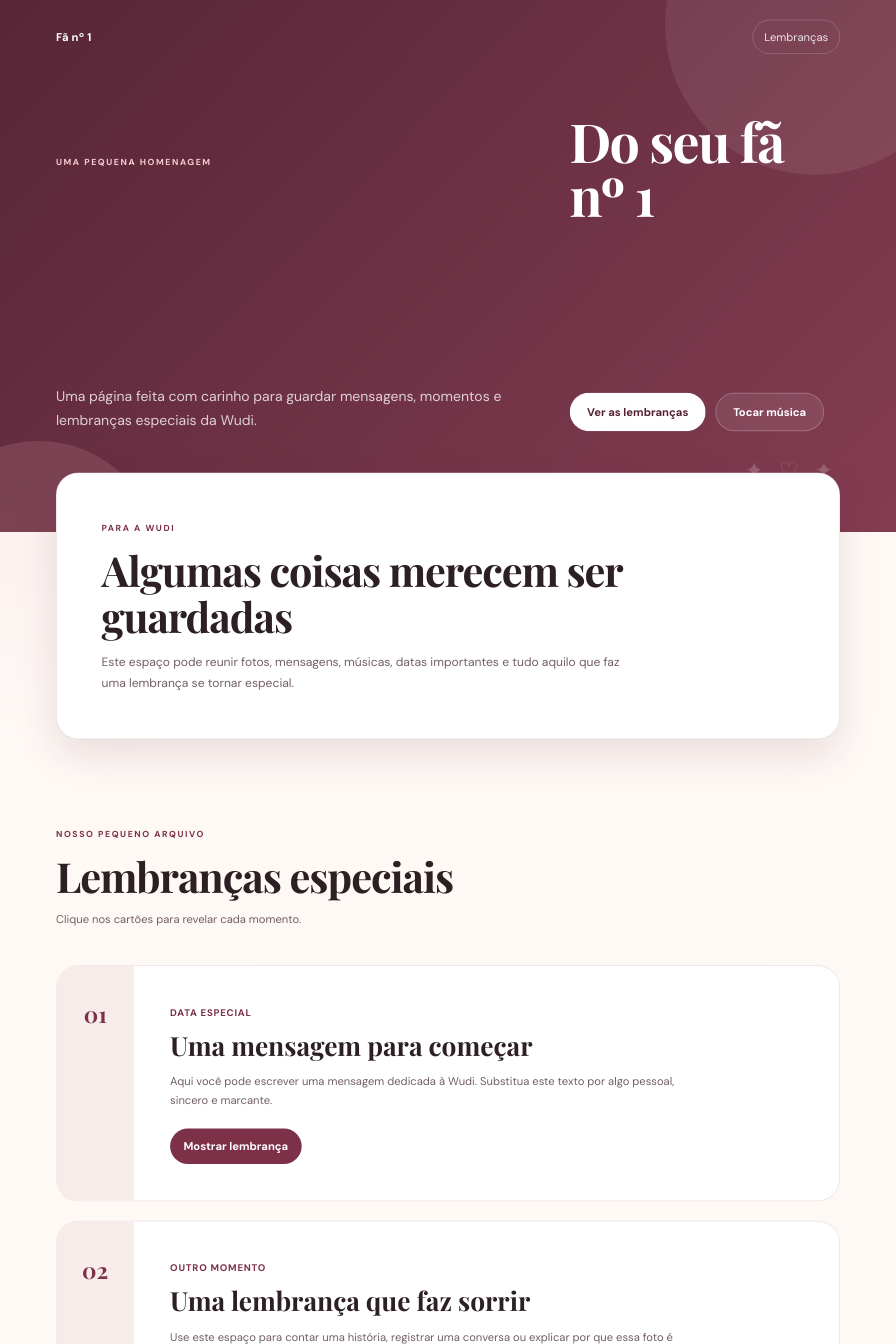
Repository: rrresck/do-seu-fa-numero-1
Page: index.html
The author's editor kept a copy of each file at every save. The page is drawn from the files as they stood at one save, then again after the next save.
The browser window is 1280 px wide. The pictures show the part of the page from y = 0 to 1920 px (the page is 3220 px tall before and 3175 px after), at 70% of full size.

Above is the page before, as saved 2026-07-24 15:25:43.

### index.html
<!DOCTYPE html>
<html lang="pt-BR">
<head>
    <meta charset="UTF-8">
    <meta
        name="viewport"
        content="width=device-width, initial-scale=1.0"
    >

    <meta
        name="description"
        content="Uma página especial feita para a Wudi, pelo seu fã número 1."
    >

    <title>Do seu fã número 1</title>

    <link rel="preconnect" href="https://fonts.googleapis.com">
    <link rel="preconnect" href="https://fonts.gstatic.com" crossorigin>

    <link
        href="https://fonts.googleapis.com/css2?family=DM+Sans:wght@400;500;600;700&family=Playfair+Display:wght@600;700&display=swap"
        rel="stylesheet"
    >

    <link rel="stylesheet" href="css/styles.css">
</head>

<body>
    <header class="hero">
        <nav class="navigation container">
            <a href="#inicio" class="logo">
                Fã nº 1
            </a>

            <a href="#lembrancas" class="navigation-link">
                Lembranças
            </a>
        </nav>

        <div class="hero-content container" id="inicio">
            <span class="eyebrow">Uma pequena homenagem</span>

            <h1>Do seu fã nº 1</h1>

            <p class="hero-description">
                Uma página feita com carinho para guardar mensagens,
                momentos e lembranças especiais da Wudi.
            </p>

            <div class="hero-actions">
                <a href="#lembrancas" class="button button-primary">
                    Ver as lembranças
                </a>

                <button
                    type="button"
                    class="button button-secondary"
                    id="musicButton"
                    aria-pressed="false"
                >
                    Tocar música
                </button>
            </div>
        </div>

        <div class="hero-decoration" aria-hidden="true">
            <span>✦</span>
            <span>♡</span>
            <span>✦</span>
        </div>
    </header>

    <main>
        <section class="intro-section container">
            <div class="intro-card">
                <span class="section-label">Para a Wudi</span>

                <h2>Algumas coisas merecem ser guardadas</h2>

                <p>
                    Este espaço pode reunir fotos, mensagens, músicas,
                    datas importantes e tudo aquilo que faz uma lembrança
                    se tornar especial.
                </p>
            </div>
        </section>

        <section
            class="memories-section container"
            id="lembrancas"
        >
            <div class="section-heading">
                <span class="section-label">Nosso pequeno arquivo</span>
                <h2>Lembranças especiais</h2>
                <p>
                    Clique nos cartões para revelar cada momento.
                </p>
            </div>

            <div class="memories-grid">
                <article class="memory-card">
                    <div class="memory-number">01</div>

                    <div class="memory-content">
                        <time datetime="2026-01-01">
                            Data especial
                        </time>

                        <h3>Uma mensagem para começar</h3>

                        <p>
                            Aqui você pode escrever uma mensagem dedicada
                            à Wudi. Substitua este texto por algo pessoal,
                            sincero e marcante.
                        </p>

                        <button
                            type="button"
                            class="reveal-button"
                            data-target="memoryImage1"
                        >
                            Mostrar lembrança
                        </button>

                        <div
                            class="memory-image-wrapper"
                            id="memoryImage1"
                            hidden
                        >
                            <img
                                src="img/foto-1.jpg"
                                alt="Primeira lembrança dedicada à Wudi"
                            >
                        </div>
                    </div>
                </article>

                <article class="memory-card">
                    <div class="memory-number">02</div>

                    <div class="memory-content">
                        <time datetime="2026-01-02">
                            Outro momento
                        </time>

                        <h3>Uma lembrança que faz sorrir</h3>

                        <p>
                            Use este espaço para contar uma história,
                            registrar uma conversa ou explicar por que
                            essa foto é importante.
                        </p>

                        <button
                            type="button"
                            class="reveal-button"
                            data-target="memoryImage2"
                        >
                            Mostrar lembrança
                        </button>

                        <div
                            class="memory-image-wrapper"
                            id="memoryImage2"
                            hidden
                        >
                            <img
                                src="img/foto-2.jpg"
                                alt="Segunda lembrança dedicada à Wudi"
                            >
                        </div>
                    </div>
                </article>

                <article class="memory-card">
                    <div class="memory-number">03</div>

                    <div class="memory-content">
                        <time datetime="2026-01-03">
                            Um dia inesquecível
                        </time>

                        <h3>Para lembrar sempre</h3>

                        <p>
                            Você pode adicionar quantos cartões desejar.
                            Basta copiar este bloco e alterar o texto,
                            a data e o endereço da imagem.
                        </p>

                        <button
                            type="button"
                            class="reveal-button"
                            data-target="memoryImage3"
                        >
                            Mostrar lembrança
                        </button>

                        <div
                            class="memory-image-wrapper"
                            id="memoryImage3"
                            hidden
                        >
                            <img
                                src="img/foto-3.jpg"
                                alt="Terceira lembrança dedicada à Wudi"
                            >
                        </div>
                    </div>
                </article>
            </div>
        </section>

        <section class="closing-section">
            <div class="container">
                <div class="closing-card">
                    <span class="closing-symbol" aria-hidden="true">
                        ♡
                    </span>

                    <h2>Feito para a Wudi</h2>

                    <p>
                        Porque algumas pessoas merecem páginas inteiras,
                        não apenas mensagens rápidas.
                    </p>

                    <span class="signature">
                        — Do seu fã número 1
                    </span>
                </div>
            </div>
        </section>
    </main>

    <footer>
        <div class="container footer-content">
            <p>
                Feito com carinho para a Wudi.
            </p>

            <a href="#inicio">
                Voltar ao início
            </a>
        </div>
    </footer>

    <audio id="backgroundMusic" loop>
        <source src="audio/musica.mp3" type="audio/mpeg">
    </audio>

    <script src="script.js"></script>
</body>
</html>

### css/styles.css
:root {
    --background: #fff9f6;
    --surface: #ffffff;
    --surface-soft: #f8ecea;
    --primary: #7c3148;
    --primary-dark: #542233;
    --accent: #d99aa4;
    --text: #2d2024;
    --text-soft: #735f65;
    --border: rgba(124, 49, 72, 0.14);
    --shadow: 0 24px 60px rgba(84, 34, 51, 0.12);
    --radius-large: 32px;
    --radius-medium: 20px;
    --radius-small: 12px;
    --container: 1120px;
}

* {
    box-sizing: border-box;
    margin: 0;
    padding: 0;
}

html {
    scroll-behavior: smooth;
}

body {
    min-height: 100vh;
    overflow-x: hidden;
    background:
        radial-gradient(
            circle at top left,
            rgba(217, 154, 164, 0.22),
            transparent 32%
        ),
        var(--background);
    color: var(--text);
    font-family: "DM Sans", sans-serif;
    line-height: 1.7;
}

img {
    display: block;
    width: 100%;
    height: auto;
}

button,
a {
    font: inherit;
}

button {
    cursor: pointer;
}

a {
    color: inherit;
    text-decoration: none;
}

.container {
    width: min(calc(100% - 40px), var(--container));
    margin-inline: auto;
}

.hero {
    position: relative;
    min-height: 760px;
    overflow: hidden;
    background:
        linear-gradient(
            135deg,
            rgba(84, 34, 51, 0.98),
            rgba(124, 49, 72, 0.94)
        );
    color: #ffffff;
}

.hero::before,
.hero::after {
    position: absolute;
    border-radius: 50%;
    content: "";
    pointer-events: none;
}

.hero::before {
    width: 430px;
    height: 430px;
    top: -180px;
    right: -100px;
    background: rgba(255, 255, 255, 0.08);
}

.hero::after {
    width: 350px;
    height: 350px;
    bottom: -220px;
    left: -120px;
    background: rgba(217, 154, 164, 0.18);
}

.navigation {
    position: relative;
    z-index: 2;
    display: flex;
    align-items: center;
    justify-content: space-between;
    padding-block: 28px;
}

.logo {
    font-weight: 700;
    letter-spacing: 0.02em;
}

.navigation-link {
    padding: 10px 16px;
    border: 1px solid rgba(255, 255, 255, 0.25);
    border-radius: 999px;
    color: rgba(255, 255, 255, 0.86);
    transition:
        background-color 180ms ease,
        color 180ms ease;
}

.navigation-link:hover {
    background: #ffffff;
    color: var(--primary-dark);
}

.hero-content {
    position: relative;
    z-index: 2;
    display: grid;
    min-height: 570px;
    grid-template-columns: minmax(0, 1.25fr) minmax(280px, 0.75fr);
    align-items: center;
    gap: clamp(40px, 7vw, 100px);
    max-width: var(--container);
}

.eyebrow,
.section-label {
    display: inline-block;
    margin-bottom: 16px;
    font-size: 0.78rem;
    font-weight: 700;
    letter-spacing: 0.18em;
    text-transform: uppercase;
}

.eyebrow {
    color: #f6ccd3;
}

.hero-copy {
    min-width: 0;
}

.hero h1 {
    max-width: 900px;
    font-family: "Playfair Display", serif;
    font-size: clamp(3rem, 6vw, 5.8rem);
    line-height: 1;
    letter-spacing: -0.03em;
}

.hero-photo {
    position: relative;
    margin: 0;
    padding: 14px;
    border-radius: 30px;
    background: rgba(255, 255, 255, 0.12);
    transform: rotate(2deg);
}

.hero-photo::before {
    position: absolute;
    inset: -25px;
    z-index: -1;
    border-radius: 40px;
    background: rgba(217, 154, 164, 0.18);
    filter: blur(28px);
    content: "";
}

.hero-photo img {
    aspect-ratio: 4 / 5;
    border-radius: 22px;
    object-fit: cover;
}

.hero-photo figcaption {
    padding: 14px 8px 4px;
    color: rgba(255, 255, 255, 0.72);
    font-family: "Playfair Display", serif;
    font-size: 0.95rem;
    text-align: center;
}

.hero-description {
    max-width: 650px;
    margin-top: 28px;
    color: rgba(255, 255, 255, 0.78);
    font-size: clamp(1rem, 2vw, 1.25rem);
}

.hero-actions {
    display: flex;
    flex-wrap: wrap;
    gap: 14px;
    margin-top: 38px;
}

.button {
    display: inline-flex;
    min-height: 52px;
    align-items: center;
    justify-content: center;
    padding: 13px 24px;
    border: 1px solid transparent;
    border-radius: 999px;
    font-weight: 700;
    transition:
        transform 180ms ease,
        background-color 180ms ease,
        border-color 180ms ease;
}

.button:hover {
    transform: translateY(-2px);
}

.button-primary {
    background: #ffffff;
    color: var(--primary-dark);
}

.button-secondary {
    border-color: rgba(255, 255, 255, 0.3);
    background: rgba(255, 255, 255, 0.08);
    color: #ffffff;
}

.button-secondary:hover {
    background: rgba(255, 255, 255, 0.15);
}

.hero-decoration {
    position: absolute;
    right: 7%;
    bottom: 8%;
    z-index: 1;
    display: flex;
    gap: 22px;
    color: rgba(255, 255, 255, 0.2);
    font-size: 2rem;
}

.intro-section {
    position: relative;
    z-index: 3;
    margin-top: -85px;
}

.intro-card {
    padding: clamp(32px, 6vw, 64px);
    border: 1px solid var(--border);
    border-radius: var(--radius-large);
    background: var(--surface);
    box-shadow: var(--shadow);
}

.section-label {
    color: var(--primary);
}

.intro-card h2,
.section-heading h2,
.closing-card h2 {
    font-family: "Playfair Display", serif;
    font-size: clamp(2rem, 5vw, 3.7rem);
    line-height: 1.1;
    letter-spacing: -0.025em;
}

.intro-card p {
    max-width: 760px;
    margin-top: 20px;
    color: var(--text-soft);
    font-size: 1.08rem;
}

.memories-section {
    padding-block: 120px;
}

.section-heading {
    max-width: 700px;
    margin-bottom: 52px;
}

.section-heading p {
    margin-top: 16px;
    color: var(--text-soft);
}

.memories-grid {
    display: grid;
    gap: 28px;
}

.memory-card {
    display: grid;
    grid-template-columns: 110px 1fr;
    overflow: hidden;
    border: 1px solid var(--border);
    border-radius: var(--radius-large);
    background: var(--surface);
    transition:
        transform 200ms ease,
        box-shadow 200ms ease;
}

.memory-card:hover {
    transform: translateY(-4px);
    box-shadow: var(--shadow);
}

.memory-number {
    display: flex;
    align-items: flex-start;
    justify-content: center;
    padding-top: 42px;
    background: var(--surface-soft);
    color: var(--primary);
    font-family: "Playfair Display", serif;
    font-size: 2rem;
    font-weight: 700;
}

.memory-content {
    padding: clamp(28px, 6vw, 52px);
}

.memory-content time {
    display: inline-block;
    margin-bottom: 12px;
    color: var(--primary);
    font-size: 0.86rem;
    font-weight: 700;
    letter-spacing: 0.08em;
    text-transform: uppercase;
}

.memory-content h3 {
    font-family: "Playfair Display", serif;
    font-size: clamp(1.6rem, 4vw, 2.35rem);
    line-height: 1.2;
}

.memory-content p {
    max-width: 760px;
    margin-top: 16px;
    color: var(--text-soft);
}

.reveal-button {
    margin-top: 26px;
    padding: 12px 19px;
    border: 0;
    border-radius: 999px;
    background: var(--primary);
    color: #ffffff;
    font-weight: 700;
    transition:
        background-color 180ms ease,
        transform 180ms ease;
}

.reveal-button:hover {
    transform: translateY(-2px);
    background: var(--primary-dark);
}

.memory-image-wrapper {
    margin-top: 28px;
    overflow: hidden;
    border-radius: var(--radius-medium);
    background: var(--surface-soft);
    animation: revealImage 350ms ease;
}

.memory-image-wrapper img {
    max-height: 680px;
    object-fit: cover;
}

.closing-section {
    padding-bottom: 120px;
}

.closing-card {
    padding: clamp(42px, 8vw, 82px);
    border-radius: var(--radius-large);
    background: var(--primary-dark);
    color: #ffffff;
    text-align: center;
}

.closing-symbol {
    display: block;
    margin-bottom: 20px;
    color: #f4bdc7;
    font-size: 2.4rem;
}

.closing-card p {
    max-width: 620px;
    margin: 20px auto 0;
    color: rgba(255, 255, 255, 0.75);
}

.signature {
    display: block;
    margin-top: 28px;
    color: #f4bdc7;
    font-family: "Playfair Display", serif;
    font-size: 1.15rem;
}

footer {
    border-top: 1px solid var(--border);
    background: var(--surface);
}

.footer-content {
    display: flex;
    align-items: center;
    justify-content: space-between;
    gap: 20px;
    padding-block: 30px;
    color: var(--text-soft);
    font-size: 0.92rem;
}

.footer-content a {
    color: var(--primary);
    font-weight: 700;
}

@keyframes revealImage {
    from {
        opacity: 0;
        transform: translateY(12px);
    }

    to {
        opacity: 1;
        transform: translateY(0);
    }
}

@media (max-width: 720px) {
    .hero {
        min-height: 680px;
    }

    .hero-content {
        min-height: 500px;
    }

    .hero-decoration {
        display: none;
    }

    .intro-section {
        margin-top: -55px;
    }

    .memories-section {
        padding-block: 85px;
    }

    .memory-card {
        grid-template-columns: 1fr;
    }

    .memory-number {
        justify-content: flex-start;
        padding: 22px 28px;
    }

    .footer-content {
        flex-direction: column;
        align-items: flex-start;
    }

    .hero-content {
        grid-template-columns: 1fr;
        gap: 40px;
        padding-block: 70px 120px;
    }

    .hero-photo {
        width: min(100%, 420px);
        margin-inline: auto;
        transform: rotate(1deg);
    }
}

@media (max-width: 480px) {
    .container {
        width: min(calc(100% - 28px), var(--container));
    }

    .navigation {
        padding-block: 20px;
    }

    .navigation-link {
        display: none;
    }

    .hero-actions {
        width: 100%;
        flex-direction: column;
    }

    .button {
        width: 100%;
    }

    .intro-card,
    .closing-card {
        border-radius: 24px;
    }

    .memory-card {
        border-radius: 24px;
    }
}

### script.js
"use strict";

const revealButtons = document.querySelectorAll(".reveal-button");
const musicButton = document.querySelector("#musicButton");
const backgroundMusic = document.querySelector("#backgroundMusic");

revealButtons.forEach((button) => {
    button.addEventListener("click", () => {
        const targetId = button.dataset.target;
        const imageWrapper = document.getElementById(targetId);

        if (!imageWrapper) {
            return;
        }

        const isHidden = imageWrapper.hidden;

        imageWrapper.hidden = !isHidden;
        button.textContent = isHidden
            ? "Esconder lembrança"
            : "Mostrar lembrança";

        button.setAttribute(
            "aria-expanded",
            String(isHidden)
        );
    });
});

musicButton.addEventListener("click", async () => {
    try {
        if (backgroundMusic.paused) {
            await backgroundMusic.play();

            musicButton.textContent = "Pausar música";
            musicButton.setAttribute("aria-pressed", "true");
        } else {
            backgroundMusic.pause();

            musicButton.textContent = "Tocar música";
            musicButton.setAttribute("aria-pressed", "false");
        }
    } catch (error) {
        musicButton.textContent = "Não foi possível tocar";

        console.error(
            "Erro ao reproduzir a música:",
            error
        );
    }
});

After the next save:
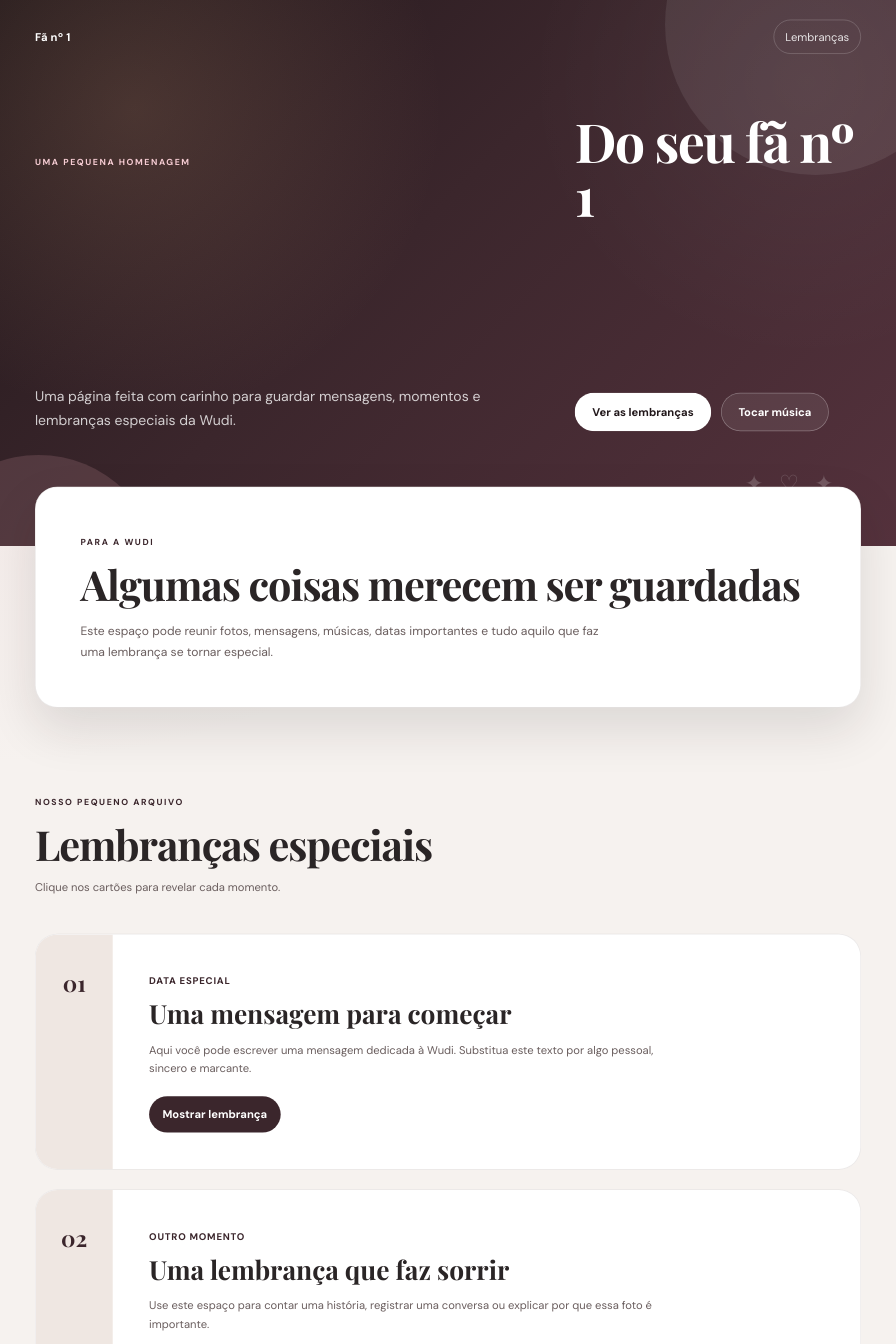
Saved 9 min 14 s later.
--- a/css/styles.css
+++ b/css/styles.css
@@ -1,18 +1,26 @@
-:root {
-    --background: #fff9f6;
-    --surface: #ffffff;
-    --surface-soft: #f8ecea;
-    --primary: #7c3148;
-    --primary-dark: #542233;
-    --accent: #d99aa4;
-    --text: #2d2024;
-    --text-soft: #735f65;
-    --border: rgba(124, 49, 72, 0.14);
-    --shadow: 0 24px 60px rgba(84, 34, 51, 0.12);
-    --radius-large: 32px;
-    --radius-medium: 20px;
-    --radius-small: 12px;
-    --container: 1120px;
+:root{
+    --background:#F6F2EF;
+    --surface:#FFFFFF;
+    --surface-soft:#EFE7E2;
+
+    --primary:#3B262C;
+    --primary-dark:#22181B;
+
+    --accent:#B78969;
+
+    --text:#2A2526;
+    --text-soft:#6A5E5E;
+
+    --border:rgba(59,38,44,.10);
+
+    --shadow:
+        0 30px 70px rgba(34,24,27,.12);
+
+    --radius-large:32px;
+    --radius-medium:20px;
+    --radius-small:12px;
+
+    --container:1180px;
 }
 
 * {
@@ -65,17 +73,37 @@ a {
     margin-inline: auto;
 }
 
-.hero {
-    position: relative;
-    min-height: 760px;
-    overflow: hidden;
+.hero{
+
+    position:relative;
+
+    min-height:780px;
+
+    overflow:hidden;
+
+    color:white;
+
     background:
-        linear-gradient(
-            135deg,
-            rgba(84, 34, 51, 0.98),
-            rgba(124, 49, 72, 0.94)
-        );
-    color: #ffffff;
+
+    radial-gradient(
+        circle at 15% 20%,
+        rgba(183,137,105,.22),
+        transparent 35%
+    ),
+
+    radial-gradient(
+        circle at 90% 15%,
+        rgba(255,255,255,.05),
+        transparent 30%
+    ),
+
+    linear-gradient(
+        135deg,
+        #22181B 0%,
+        #3B262C 45%,
+        #55323D 100%
+    );
+
 }
 
 .hero::before,
